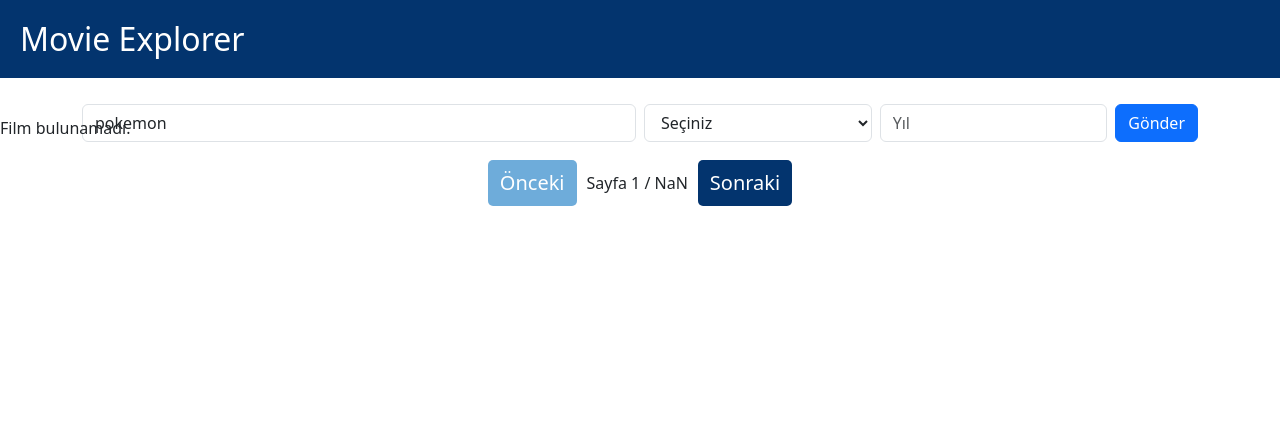
Repository: denizdizi/movie-explorer
Page: /
An editor plug-in stored every save of this project. The page is shown before and after the next save, followed by the edit.
The browser window is 1280 px wide. The pictures show the whole page.
The page's requests for data from a server got no answer. The project was rebuilt for these pictures with package versions that can differ from the ones it lists, and the page was loaded fresh each time. No one was signed in, and anything a server would have sent is missing. Also part of the build but not shown: src/App.css, src/components/MovieCard.js, src/pages/MovieDetail.js.

Above is the page before, as saved 2025-03-29 01:13:23.

### src/index.js
import React from 'react';
import ReactDOM from 'react-dom/client';
import './index.css';
import App from './App';
import reportWebVitals from './reportWebVitals';
import { Provider } from 'react-redux';
import store from "./store/store";
import 'bootstrap/dist/css/bootstrap.min.css';
import 'bootstrap/dist/js/bootstrap.bundle.min';

const root = ReactDOM.createRoot(document.getElementById('root'));
root.render(
  <Provider store={store}>
    <App />
  </Provider>
);

// If you want to start measuring performance in your app, pass a function
// to log results (for example: reportWebVitals(console.log))
// or send to an analytics endpoint. Learn more: https://bit.ly/CRA-vitals
reportWebVitals();

### src/App.js
import './App.css';
import React from "react";
import { BrowserRouter as Router, Routes, Route } from "react-router-dom";
import Home from "./pages/Home";
import MovieDetails from "./pages/MovieDetail";
import "./styles/global.scss";

function App() {
  return (
    <Router>
      <Routes>
        <Route path="/" element={<Home />} />
        <Route path="/movie/:id" element={<MovieDetails />} />
      </Routes>
    </Router>
  );
}

export default App;

### src/store/store.js
import { createStore, applyMiddleware, combineReducers } from "redux";
import { thunk } from "redux-thunk";
import movieReducer from "./reducers";

const rootReducer = combineReducers({
  movies: movieReducer,
});

const store = createStore(rootReducer, applyMiddleware(thunk));

export default store;

### src/pages/Home.js
import React, { useEffect, useState } from "react";
import { useDispatch, useSelector } from "react-redux";
import { fetchMovies } from "../store/actions";
import { setPage } from "../store/actions";
import MovieList from "../components/MovieList";
import SearchBar from "../components/SearchBar";
import Pagination from "../components/Pagination";
import { TailSpin } from 'react-loader-spinner';

const Home = () => {
  const dispatch = useDispatch();
  const { movies } = useSelector((state) => state);

  useEffect(() => {
    dispatch(fetchMovies(movies.formData.query, movies.currentPage, movies.formData.type, movies.formData.year));
  }, [dispatch, movies.currentPage]);

  const handlePageChange = (newPage) => {
    dispatch(setPage(newPage));
  };

  return (
    <div>
      <h1 className="page-title">Movie Explorer</h1>
      <SearchBar/>
      {movies.loading && (
        <div className="loading-overlay">
          {/* TailSpin spinner'ını burada gösteriyoruz */}
          <TailSpin
            height="100"
            width="100"
            color="#00BFFF"
            ariaLabel='loading'
          />
        </div>
      )}
      {movies.error && <p>Hata: {movies.error}</p>}
      <MovieList movies={movies} />
      <Pagination
        currentPage={movies.currentPage}
        totalResults={movies.totalResults}
        onPageChange={handlePageChange}
      />
    </div>
  );
};

export default Home;

### src/styles/global.scss
body {
    padding-top: 80px;
    font-family: 'Franklin Gothic Medium', 'Arial Narrow', Arial, sans-serif;
    background-color: #f9f9f9;
}

.movie-list {
    justify-content: center;
}

.movie-line {
  display: flex;
  flex-wrap: wrap;
  align-items: center;
  margin-bottom: 2em;
  background-color: #f9f9f9;
  gap: 2em;
  justify-content: center;
}

.movie-card {
  width: 100%; /* Kartın genişliği */
  height: 300px; /* Kartın yüksekliği */
  border-radius: 10px; /* Köşeleri yuvarlat */
  box-shadow: 0 4px 8px rgba(0, 0, 0, 0.2); /* Gölgelendirme */
  overflow: hidden; /* İçerik taşmasını engelle */
  background-color: #fff; /* Arka plan beyaz */
  display: flex;
  flex-direction: column; /* İçeriği dikey yerleştir */
  align-items: center;
  justify-content: flex-start; /* Başlık ve içerikler üst kısımda yer alsın */
  padding: 10px;
  border: 1px solid #ddd; /* Çerçeve */
}

.img-container {
  width: 100%; /* Konteynerin genişliği */
  height: 60%; /* Resmin yüksekliği */
  overflow: hidden;
  padding: 0; /* Paddingi sıfırlayın */
  display: flex;
  justify-content: center;
  align-items: center; /* Resmin ortalanması için */
  border-radius: 5px;
}

.img-container img {
  width: 100%;
  height: 100%;
  object-fit: cover; /* Resmi konteynere tam sığdır */
  object-position: center;
}

.movie-card h3 {
  margin-top: 10px;
  font-size: 16px;
  text-align: center;
}

@media (max-width: 700px) {
  .movie-line {
    flex-direction: column;
  }

  .img-container {
    height: 60%; /* Küçük ekranlarda img-container yüksekliğini azaltın */
  }
}

.search-bar {
    display: flex;
    align-items: center;
    justify-content: center;
    margin: 20px 0;
  }

  .input-wrapper {
    display: flex;
    position: relative;
  }

  .search-input {
    padding: 10px;
    font-size: 1rem;
    border-radius: 5px;
    border: 1px solid #ccc;
    width: 300px;
    transition: all 0.3s ease;
  }

  .search-input:focus {
    border-color: #007bff;
    outline: none;
  }

  .clear-btn {
    position: absolute;
    top: 50%;
    right: 10px;
    transform: translateY(-50%);
    background: none;
    border: none;
    font-size: 18px;
    color: #ccc;
    cursor: pointer;
    transition: color 0.3s;
  }

  .search-btn {
    padding: 10px 20px;
    background-color: #03346E;
    color: white;
    border: none;
    border-radius: 5px;
    cursor: pointer;
    margin-left: 10px;
    font-size: 1rem;
  }

  .search-btn:hover {
    background-color: #0056b3;
  }

  .page-title {
    background-color: #03346E; /* Başlık arkaplan rengini koyu gri yapıyoruz */
    color: #fff; /* Yazı rengini beyaz yapıyoruz */
    padding: 20px; /* Arka planın etrafına biraz boşluk ekliyoruz */
    font-size: 2em; /* Başlık boyutunu büyütüyoruz */
    position: fixed; /* Başlık sabitlenecek */
    top: 0; /* Başlık üstte olacak */
    left: 0; /* Başlık solda olacak */
    width: 100%; /* Başlık tam genişlikte olacak */
    z-index: 1000; /* Başlık, diğer içeriklerin üstünde yer alacak */
    margin-top: 0;
  }

  .loading-overlay {
    position: fixed;
    top: 0;
    left: 0;
    width: 100%;
    height: 100%;
    background-color: rgba(0, 0, 0, 0.5); /* Yarı saydam siyah arka plan */
    display: flex;
    justify-content: center;
    align-items: center;
    z-index: 9999; /* Diğer içeriklerin üstünde olmalı */
  }

  .pagination {
    display: flex;
    justify-content: center;
    align-items: center;
    gap: 10px;
    margin: 20px 0;

    button {
      padding: 8px 12px;
      font-size: 20px;
      cursor: pointer;
      border: none;
      background: #03346E;
      color: white;
      border-radius: 5px;

      &:disabled {
        background: #6EACDA;
        cursor: not-allowed;
      }
    }
  }

### src/store/reducers.js
import { SET_PAGE, SET_FORM_DATA, SET_MOVIE, FETCH_MOVIES_REQUEST, FETCH_MOVIES_SUCCESS, FETCH_MOVIES_FAILURE } from "./actions";

const initialState = {
  formData: {
    query: "pokemon",
    type: "",
    year: "",
    page: 1,
  },
  movies: [],
  totalResults: "0",
  currentPage: 1,
  loading: false,
  error: null,
  searchQuery: "pokemon",
  selectedMovie: null,
};

const movieReducer = (state = initialState, action) => {
  switch (action.type) {
    case SET_PAGE:
      return {
        ...state,
        currentPage: action.payload,
      };
      case SET_FORM_DATA:
        return {
          ...state,
          formData: { ...state.formData, ...action.payload }, // Form verilerini günceller
        };
      case SET_MOVIE:
        return {
          ...state,
          selectedMovie: action.payload,
          loading: false,
        };
    case FETCH_MOVIES_REQUEST:
      return { ...state, loading: true };
    case FETCH_MOVIES_SUCCESS:
      return { ...state, loading: false, movies: action.payload.movies, totalResults: action.payload.totalResults };
    case FETCH_MOVIES_FAILURE:
      return { ...state, loading: false, error: action.payload };
    default:
      return state;
  }
};

export default movieReducer;

### src/store/actions.js
import { searchMovies, getMovieDetails } from "../utils/api";

export const FETCH_MOVIES_REQUEST = "FETCH_MOVIES_REQUEST";
export const FETCH_MOVIES_SUCCESS = "FETCH_MOVIES_SUCCESS";
export const FETCH_MOVIES_FAILURE = "FETCH_MOVIES_FAILURE";
export const SET_PAGE = "SET_PAGE";
export const SET_MOVIE = "SET_MOVIE";

export const fetchMovies = (query = "pokemon", page = 1, type, year, id) => async (dispatch) => {
  dispatch({ type: FETCH_MOVIES_REQUEST });

  try {
    const data = await searchMovies(query, page, type, year);
    dispatch({ type: FETCH_MOVIES_SUCCESS, payload: {movies: data.Search, totalResults: data.totalResults} });
  } catch (error) {
    dispatch({ type: FETCH_MOVIES_FAILURE, payload: error.message });
  }
};

export const fetchMoviesById = (id) => async (dispatch) => {
  dispatch({ type: FETCH_MOVIES_REQUEST });

  try {
    const data = await getMovieDetails(id);
    dispatch({ type: SET_MOVIE, payload: data });
  } catch (error) {
    dispatch({ type: FETCH_MOVIES_FAILURE, payload: error.message });
  }
};

export const setPage = (page) => ({
  type: SET_PAGE,
  payload: page,
});

export const SET_FORM_DATA = "SET_FORM_DATA";

export const setFormData = (formData) => ({
  type: SET_FORM_DATA,
  payload: formData,
});

export const MOVIE = "SET_MOVIE";

export const setMovie = (formData) => ({
  type: SET_MOVIE,
  payload: formData,
});

### src/components/MovieList.js
import React from "react";
import { Row, Col } from "react-bootstrap";
import MovieCard from "./MovieCard";

const MovieList = ({ movies }) => {
  if (!movies || !movies.movies || movies.movies.length === 0) {
    return <p>Film bulunamadı.</p>;
  }

  return (
    <div className="movie-list container mt-4">
    <Row className="g-3 justify-content-center">
      {movies.movies.slice(0, 5).map((movie) => (
        <Col key={movie.imdbID} xs={12} sm={6} md={4} lg={2}>
          <MovieCard movie={movie} />
        </Col>
      ))}
    </Row>
    <Row className="g-3 justify-content-center mt-3">
      {movies.movies.slice(5, 10).map((movie) => (
        <Col key={movie.imdbID} xs={12} sm={6} md={4} lg={2}>
          <MovieCard movie={movie} />
        </Col>
      ))}
    </Row>
  </div>
    // <div className="movie-list">
    //   <div className="row movie-line">
    //     {movies.movies.slice(0, 5).map((movie) => (
    //       <MovieCard key={movie.imdbID} movie={movie} />
    //     ))}
    //   </div>
    //   <div className="row movie-line">
    //     {movies.movies.slice(5, 10).map((movie) => (
    //       <MovieCard key={movie.imdbID} movie={movie} />
    //     ))}
    //   </div>
    // </div>
  );
};

export default MovieList;

### src/components/SearchBar.js
import React, { useState } from "react";
import { fetchMovies } from "../store/actions";
import { useDispatch, useSelector } from "react-redux";
import { setFormData, setPage } from "../store/actions"; // Redux store'dan formData'yı güncellemek için kullanıyoruz

const SearchBar = () => {
  const options = [{
    value: "movie",
    label: "Movie",
  },
  {
    value: "series",
    label: "Series",
  },
  {
    value: "episode",
    label: "Episode",
  }];

  const dispatch = useDispatch();

  const [yearError, setYearError] = useState("");
  const { movies } = useSelector((state) => state);
  const { formData } = movies;


  const handleSubmit = (e) => {
    e.preventDefault();
    if (!yearError || formData.query.trim() !== "") {
      dispatch(setPage(1));
      dispatch(fetchMovies(formData.query, formData.page, formData.type, formData.year));
    }
  };

  const handleChange = (e) => {
    const { name, value } = e.target;
    dispatch(setFormData({ [name]: value }));

    if (name === "year") {
      if (value < 1900 || value > 2025) {
        setYearError("Lütfen 1900 ile 2025 arasında bir yıl giriniz.");
      } else {
        setYearError("");
      }
    }
  };

  const isSubmitDisabled = !formData.query.trim();

  return (
    <div className="container mt-4" style={{ height: "20px" }}>
      <form onSubmit={handleSubmit}>
        <div className="row g-2">
          <div className="col-6">
            <input type="text" className="form-control" placeholder="Search" onChange={handleChange} name="query" value={formData.query}/>
          </div>
          <div className="col">
            <select className="form-control" style={{ appearance: "auto" }} onChange={handleChange} name="type" value={formData.type}>
              <option value="">Seçiniz</option>
              {options.map((option, index) => (
                <option key={index} value={option.value}>{option.label}</option>
              ))}
            </select>         </div>
          <div className="col">
            <input
              type="number"
              className="form-control"
              placeholder="Yıl"
              min="1900"
              max="2025"
              onChange={handleChange}
              name="year"
              value={formData.year}
            />
            {yearError && <small className="text-danger">{yearError}</small>}
          </div>
          <div className="col-auto">
            <button type="submit" className="btn btn-primary" disabled={isSubmitDisabled}>Gönder</button>
          </div>
        </div>
      </form>
    </div>
  );
};

export default SearchBar;

### src/components/Pagination.js
import React from "react";

const Pagination = ({currentPage, totalResults, onPageChange}) => {
  const totalPages = Math.ceil(totalResults / 10);

  const handleNext = () => {
    if (currentPage < totalPages) {
      onPageChange(currentPage + 1);
    }
  };

  const handlePrev = () => {
    if (currentPage > 1) {
      onPageChange(currentPage - 1);
    }
  };

  return (
    <div className="pagination">
      <button onClick={handlePrev} disabled={currentPage === 1}>
        Önceki
      </button>
      <span>Sayfa {currentPage} / {totalPages}</span>
      <button onClick={handleNext} disabled={currentPage === totalPages}>
        Sonraki
      </button>
    </div>
  );
};

export default Pagination;

### src/utils/api.js
import axios from "axios";

const API_KEY = "df54e6ed";
const BASE_URL = "https://www.omdbapi.com/";

export const searchMovies = async (text, page, type, year) => {
  try {
    const response = await axios.get(BASE_URL, {
      params: {
        apikey: API_KEY,
        s: text,
        y: year,
        type: type,
        page: page,
      },
    });
    return response.data;
  } catch (error) {
    console.error("Film arama hatası:", error);
    return [];
  }
};

export const getMovieDetails = async (movieID) => {
  try {
    const response = await axios.get(BASE_URL, {
      params: {
        apikey: API_KEY,
        i: movieID,
      },
    });
    return response.data;
  } catch (error) {
    console.error("Film detaylarını getirme hatası:", error);
    return null;
  }
};

Loaded but not shown: public/index.html (common file); src/index.css (common file); src/reportWebVitals.js (common file); src/styles/movie.scss (no stored copy; drawn as an empty file)

After the next save:
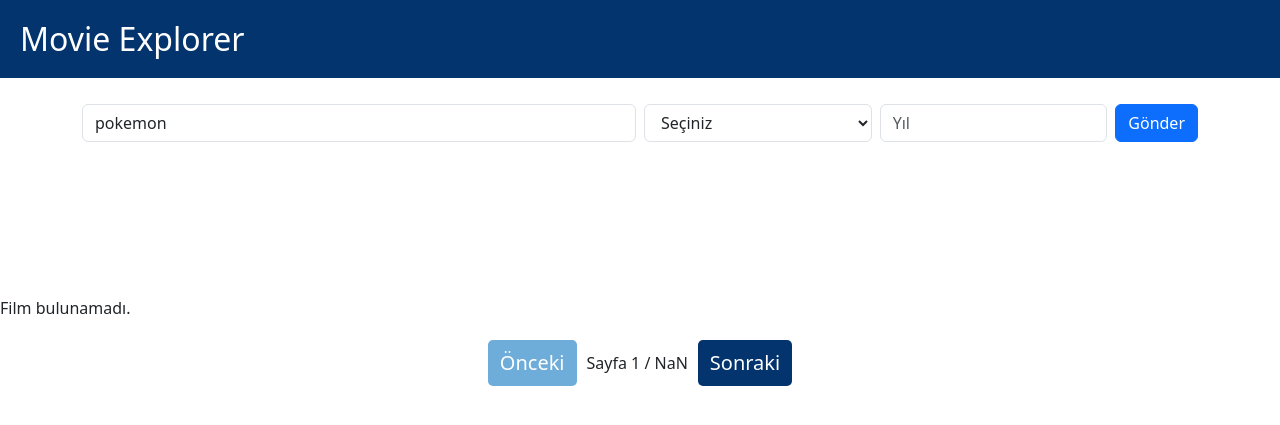
Saved 22 s later.
--- a/src/components/SearchBar.js
+++ b/src/components/SearchBar.js
@@ -48,7 +48,7 @@ const SearchBar = () => {
   const isSubmitDisabled = !formData.query.trim();
 
   return (
-    <div className="container mt-4" style={{ height: "20px" }}>
+    <div className="container mt-4" style={{ height: "200px" }}>
       <form onSubmit={handleSubmit}>
         <div className="row g-2">
           <div className="col-6">
